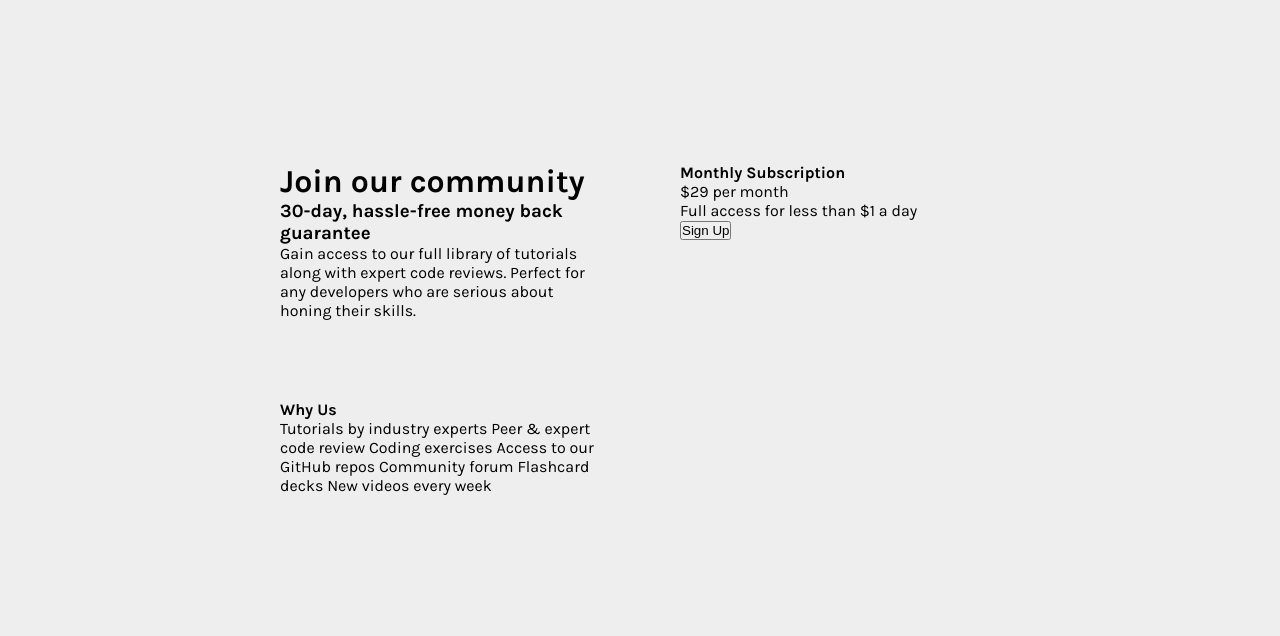
Repository: Akashiii1/WebSingleGrid_Day3
Page: index.html
An editor plug-in stored every save of this project. The page is shown before and after the next save, followed by the edit.
The browser window is 1280 px wide. The pictures show the whole page.

Above is the page before, as saved 2021-12-22 00:58:35.

After the next save:
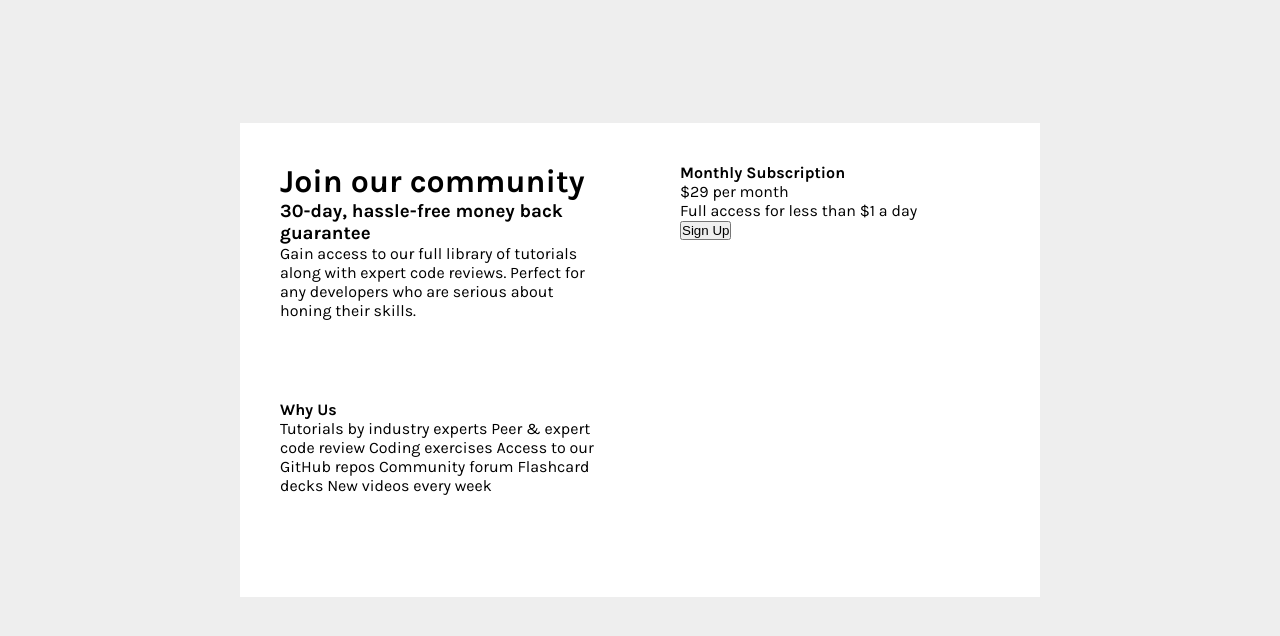
Saved 9 s later.
--- a/style.css
+++ b/style.css
@@ -46,7 +46,7 @@ body{
 }
 .wrapper{
   max-width: 800px;
-
+  background-color: #fff;
 }
 .container{
   display: grid;
